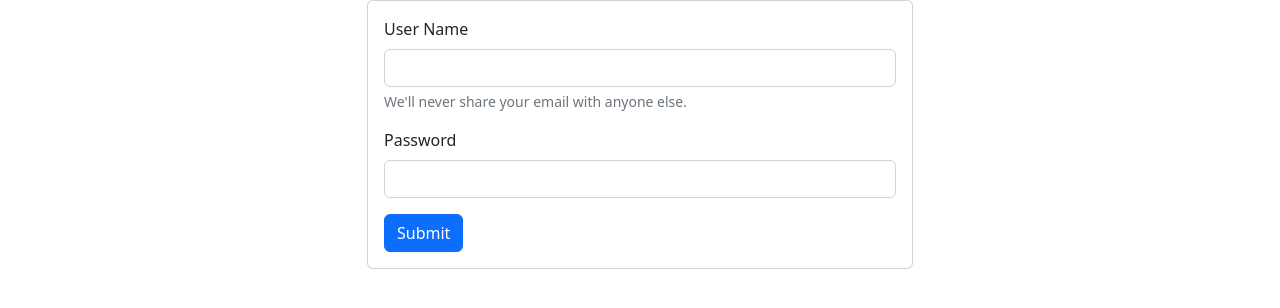
Repository: JemyDalsaniya/sts_security_jUnit_projects
Page: springSecurity/src/main/resources/templates/login.html
The author's editor kept a copy of each file at every save. The page is drawn from the files as they stood at one save, then again after the next save.
The browser window is 1280 px wide. The pictures show the whole page.

Above is the page before, as saved 2022-05-27 10:57:00.

After the next save:
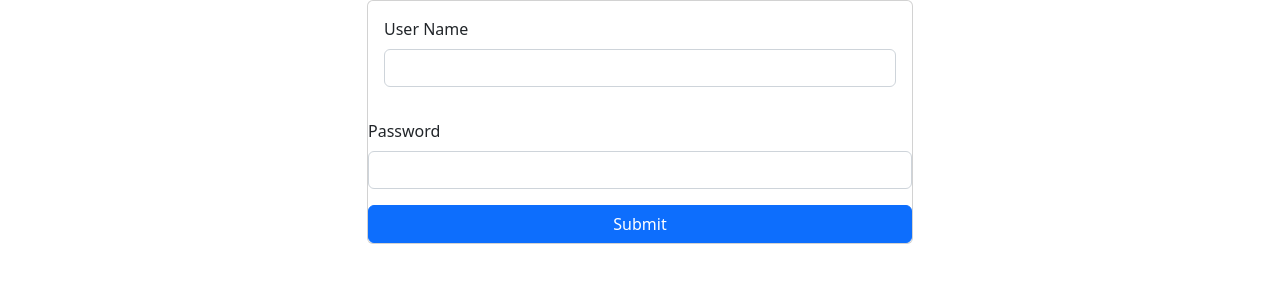
Saved 14 s later.
--- a/springSecurity/src/main/resources/templates/login.html
+++ b/springSecurity/src/main/resources/templates/login.html
@@ -20,7 +20,6 @@
 								<label for="exampleInputEmail1" class="form-label">User Name</label>
 								<input type="email" class="form-control" id="exampleInputEmail1"
 									aria-describedby="emailHelp">
-								<div id="emailHelp" class="form-text">We'll never share your email with anyone else.
 								</div>
 							</div>
 							<div class="mb-3">
